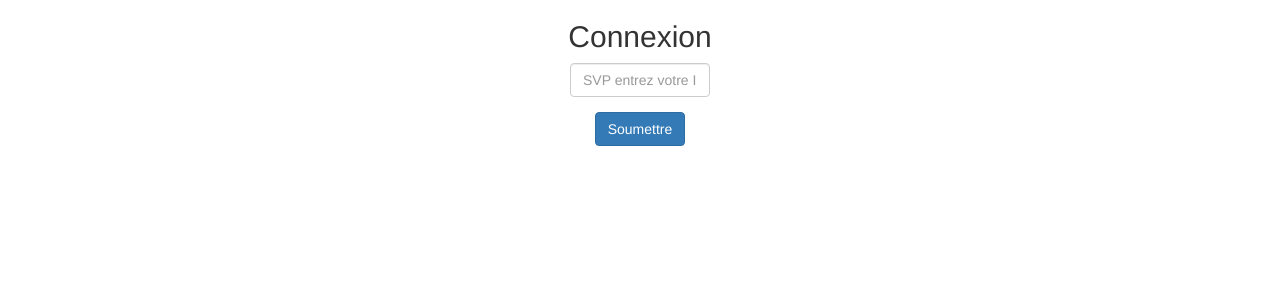
Repository: Caleb-St/CabinetMedical
Page: http://localhost/main.php
These files come from the project's save history. The page is drawn as it stood at one moment and after the next save; the edit follows.
The browser window is 1280 px wide. The pictures show the whole page.
The page is run by PHP 8.4 with error messages shown; the project is at /var/www/html/.

Above is the page before, as saved 2016-04-11 00:44:01.

After the next save:
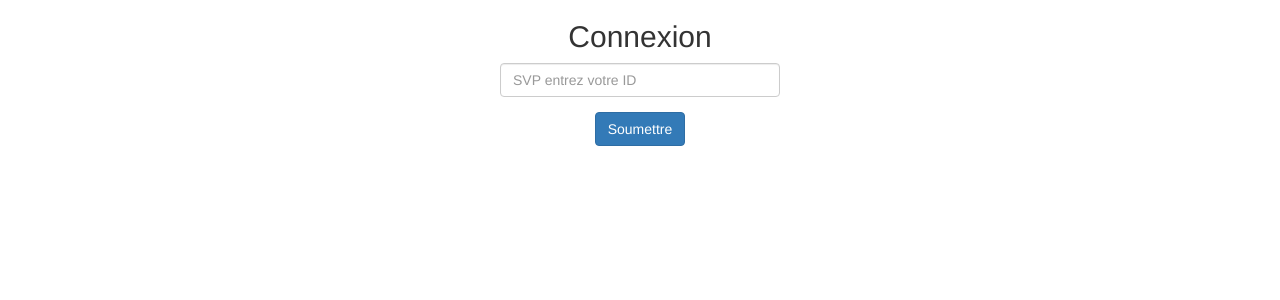
Saved 7 s later.
--- a/dbphp/main.php
+++ b/dbphp/main.php
@@ -16,7 +16,7 @@ session_start();
 <form class="form-signin" method="post" action="/CabinetMedical/dbphp/connectDB.php">
 	 	<h2>Connexion</h2>
 		<div class="form-group">
-			<input class ="form-control" type="text" style="max-width:10em; margin:0 auto;" placeholder="SVP entrez votre ID" name="userID">
+			<input class ="form-control" type="text" style="max-width:20em; margin:0 auto;" placeholder="SVP entrez votre ID" name="userID">
 		</div>
 	    <button type="submit" class="btn btn-primary" name="submit">Soumettre</button>
 
